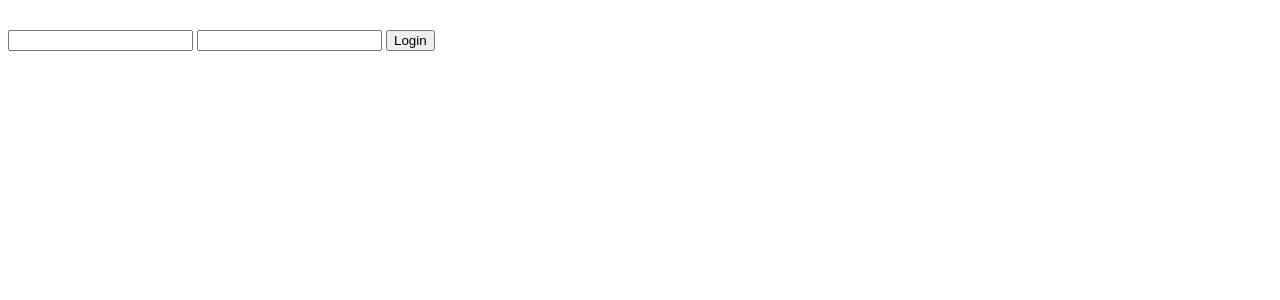
Repository: Somanath-Singh/Spring-Framework-By-Qspide
Page: http://localhost/SpringMVC-Proj01/login.jsp
These files come from the project's save history. The page is drawn as it stood at one moment and after the next save; the edit follows.
The browser window is 1280 px wide. The pictures show the whole page.
The page is served by Tomcat 9. Other server files are loaded and not shown.

Above is the page before, as saved 2025-02-15 04:51:33.

### SpringMVC-Proj01/src/main/webapp/login.jsp
<%@ page language="java" contentType="text/html; charset=UTF-8"
	pageEncoding="UTF-8"%>
<!DOCTYPE html>
<html>
<head>
<meta charset="UTF-8">
<title>Insert title here</title>
</head>
<body>

	<marquee style="color: red">Login page is loaded</marquee>

	<form action="/login" method="POST">
		<input type="email" name="name"> <input type="password"
			name="name">
		<button>Login</button>
	</form>

</body>
</html>

After the next save:
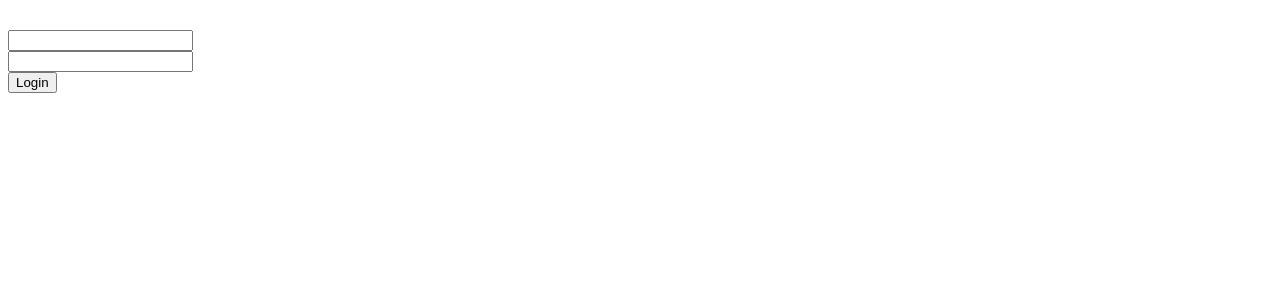
Saved 14 s later.
--- a/SpringMVC-Proj01/src/main/webapp/login.jsp
+++ b/SpringMVC-Proj01/src/main/webapp/login.jsp
@@ -11,8 +11,8 @@
 	<marquee style="color: red">Login page is loaded</marquee>
 
 	<form action="/login" method="POST">
-		<input type="email" name="name"> <input type="password"
-			name="name">
+		<input type="email" name="name"><br> <input type="password"
+			name="name"><br>
 		<button>Login</button>
 	</form>
 
